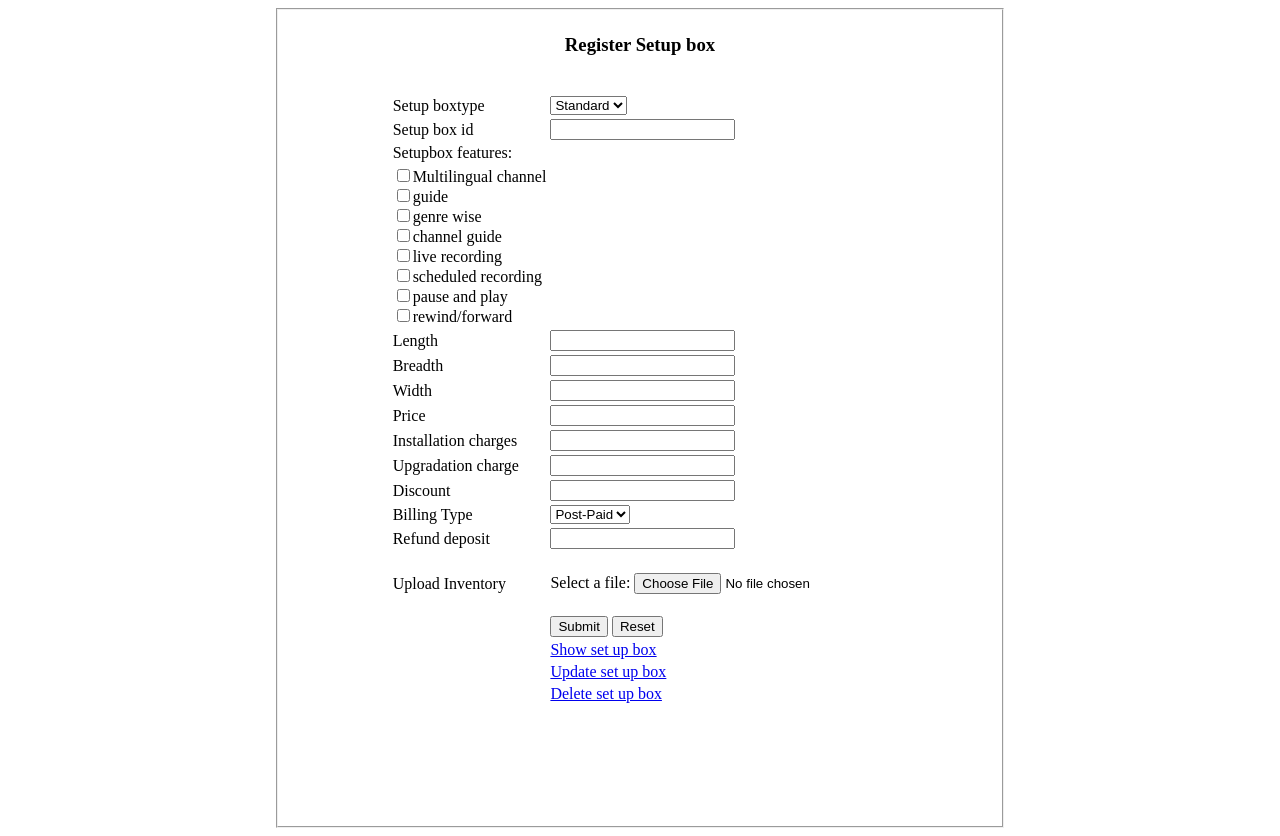
Repository: a18wheeler/TCS-Edison
Page: http://localhost/DTH1/
An editor plug-in stored every save of this project. The page is shown before and after the next save, followed by the edit.
The browser window is 1280 px wide. The pictures show the whole page.
The page is served by Tomcat 9.

Above is the page before, as saved 2019-10-16 17:59:20.

### playground/DTH1/WebContent/index.jsp
 <%@ page language="java" contentType="text/html; charset=ISO-8859-1"
    pageEncoding="ISO-8859-1"%>

<!DOCTYPE html>
<html>
<head>
<meta charset="ISO-8859-1">
<title>Insert title here</title>
<script type="text/javascript">
function checker(){
	var id = document.forms["inpForm"]["id"];
    var length = document.forms["inpForm"]["length"];
    var breadth = document.forms["inpForm"]["breadth"];
    var width =  document.forms["inpForm"]["width"];
    var price = document.forms["inpForm"]["price"];
    var icharge = document.forms["inpForm"]["icharge"];
    var ucharge =  document.forms["inpForm"]["ucharge"];
    var discount = document.forms["inpForm"]["discount"];
    var deposit = document.forms["inpForm"]["deposit"];
    var patt = new RegExp(/[+-]?(?=.\d|\d)(?:\d+)?(?:.?\d*)(?:[eE][+-]?\d+)?/);
    if (id.value == "" || length.value == "" || breadth.value == "" || width.value == ""
		|| price.value == "" || icharge.value == ""
		|| ucharge.value == "" || discount.value == ""|| deposit.value == ""){
	window.alert("Blank fields not accepted");
    return false;
	}



    if ( !patt.test(id.value) || !patt.test(length.value) || !patt.test(breadth.value) || !patt.test(width.value) ||
            !patt.test(price.value) || !patt.test(icharge.value) || !patt.test(iucharge.value)
            || !patt.test(discount.value) || !patt.test(deposit.value))
    {
        window.alert("Check input type");
        return false;
    }




}
</script>
</head>
<body>


<div align="center">
<form action="DTHServlet" method="get" onSubmit="return checker()" name="inpForm">
<fieldset style="width:700px;height:800px">
<table>
<h3>Register Setup box</h3>

<tr>
<td>Setup boxtype</td>
<td><select name="type">
<option value="Standard">Standard</option>
<option value="HD">HD</option>
<option value="HD+">HD+</option>
<option value="IPTV">IPTV</option>
</select>
</tr>
<tr>
<td>
Setup box id
</td>
<td>
<input type ="text" name="id">
</td>
</tr>
<tr><td>
Setupbox features:</td></tr>
<td>
<input type="checkbox" name="lang" value="Multilingual channel" />Multilingual channel<br>
<input type="checkbox" name="lang" value="guide" />guide<br>
<input type="checkbox" name="lang" value="genre wise"/ >genre wise<br>
<input type="checkbox" name="lang" value="channel guide"/>channel guide<br>
<input type="checkbox" name="lang" value=" live recording"/>live recording<br>
<input type="checkbox" name="lang" value="recording"/ >scheduled recording<br>
<input type="checkbox" name="lang" value="pause"/>pause and play<br>
<input type="checkbox" name="lang" value=" rewind"/>rewind/forward<br>

<tr>
<td>
Length
</td>
<td>
<input type ="text" name="length">
</td>
</tr>
<tr>
<td>
Breadth
</td>
<td>
<input type ="text" name="breadth">
</td>
</tr>
<tr>
<td>
Width
</td>
<td>
<input type ="text" name="width">
</td>
</tr>
<tr>
<td>
Price
</td>
<td>
<input type ="text" name="price">
</td>
</tr>
<tr>
<td>
Installation charges
</td>
<td>
<input type ="text" name="icharge">
</td>
</tr>
<tr>
<td>
Upgradation charge
</td>
<td>
<input type ="text" name="ucharge">
</td>
</tr>
<tr>
<td>
Discount
</td>
<td>
<input type ="text" name="discount">
</td>
</tr>
<tr>
<td>Billing Type</td>
<td><select name="btype">
<option value="Post">Post-Paid</option>
<option value="Pre">Pre-Paid</option>
</select>
</tr>
<tr>
<td>
Refund deposit
</td>
<td>
<input type ="text" name="deposit">
</td>
</tr>
<tr><br></tr>
<tr>
<td>
Upload Inventory
</td>
<td>
 <br>
 Select a file: <input type="file" name="myFile"><br><br>
</td>
</tr>

<tr>
<td></td>
<td>
<input type ="submit" name="submit">
<input type="hidden" name="register" value="create">
<input type ="reset" name="reset">
</td>
</tr>
<tr>
<td></td>
<td>
<a href="readSetupbox.jsp">Show set up box</a>
</td>
</tr>
<tr>
<td></td>
<td>
<a href="updateSetupbox.jsp">Update set up box</a>
</td>
</tr>
<tr><td></td>
<td>
<a href="deleteSetupbox.jsp">Delete set up box</a></td>
</table>
</fieldset>
</form>
</div>
</body>
</html>

After the next save:
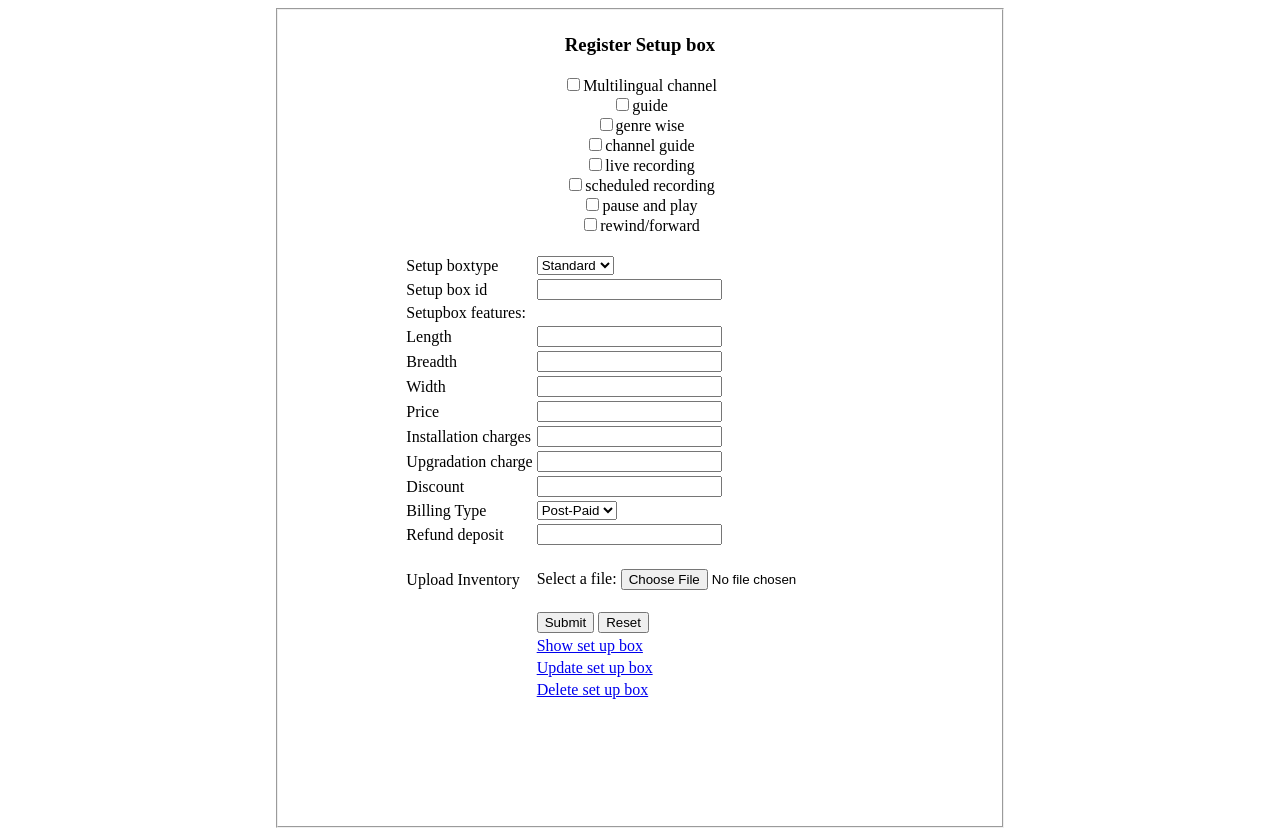
Saved 36 s later.
--- a/playground/DTH1/WebContent/index.jsp
+++ b/playground/DTH1/WebContent/index.jsp
@@ -68,8 +68,8 @@ Setup box id
 </td>
 </tr>
 <tr><td>
-Setupbox features:</td></tr>
-<td>
+Setupbox features:</td>
+
 <input type="checkbox" name="lang" value="Multilingual channel" />Multilingual channel<br>
 <input type="checkbox" name="lang" value="guide" />guide<br>
 <input type="checkbox" name="lang" value="genre wise"/ >genre wise<br>
@@ -78,7 +78,7 @@ Setupbox features:</td></tr>
 <input type="checkbox" name="lang" value="recording"/ >scheduled recording<br>
 <input type="checkbox" name="lang" value="pause"/>pause and play<br>
 <input type="checkbox" name="lang" value=" rewind"/>rewind/forward<br>
-
+</tr>
 <tr>
 <td>
 Length
